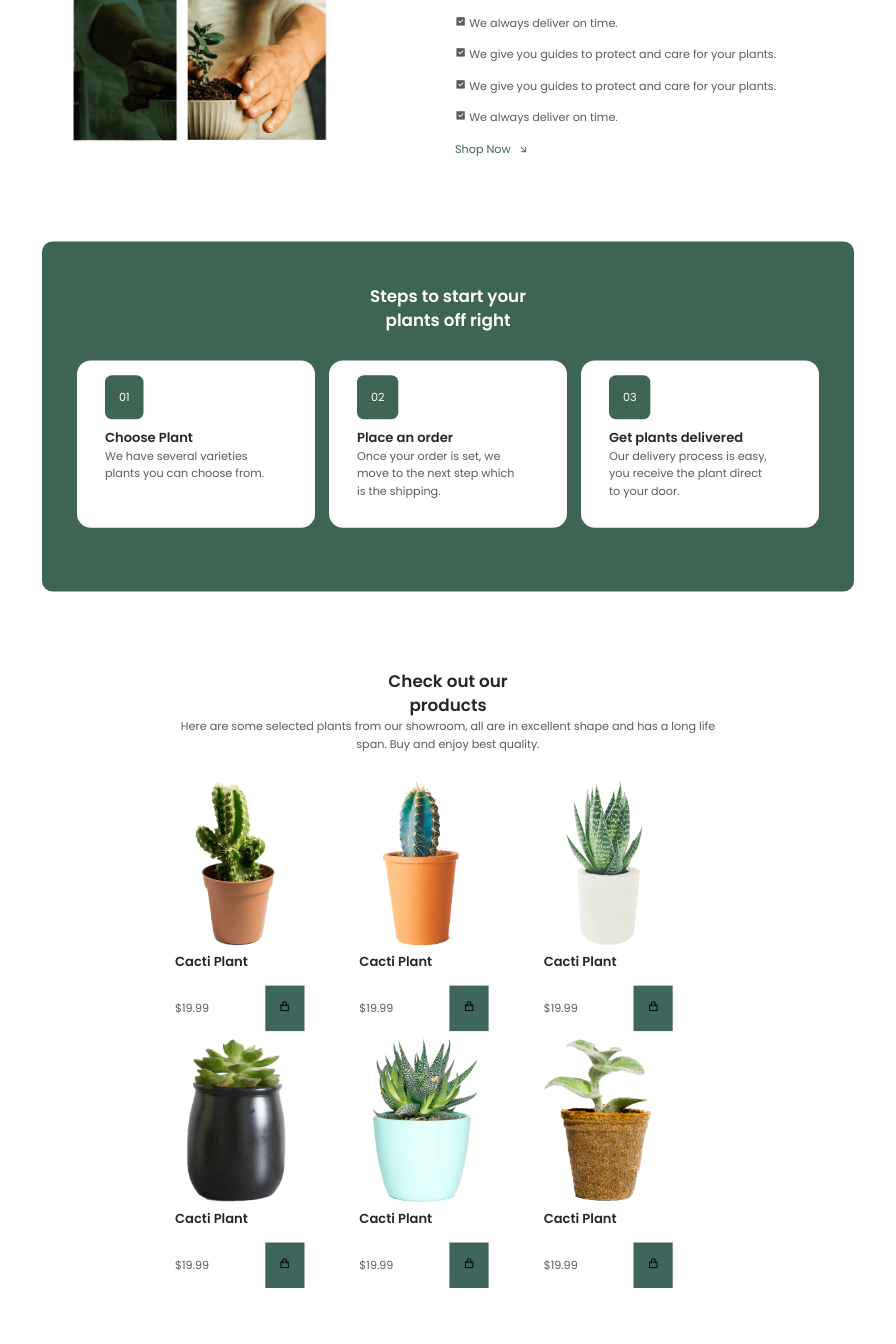
Repository: OmniaRafat232111121/plantwebsite
Page: index.html
An editor plug-in stored every save of this project. The page is shown before and after a run of saves, followed by the edit.
The browser window is 1280 px wide. The pictures show the part of the page from y = 770 to 2690 px (the page is 2690 px tall before and 2610 px after), at 70% of full size.

Above is the page before, as saved 2023-01-05 06:15:43.

### index.html
<!DOCTYPE html>
<html lang="en">
<head>
    <meta charset="UTF-8">
    <meta http-equiv="X-UA-Compatible" content="IE=edge">
    <meta name="viewport" content="width=device-width, initial-scale=1.0">
    <title>plant-website</title>
      <!--icon web-->
    <link rel="shortcut icon" href="assets/img/favicon.png" type="image/x-icon">
    <!--css style-->
    <link rel="stylesheet" href="./assets/css/styles.css">
    <!--remix icon-->
    <link href="https://cdn.jsdelivr.net/npm/remixicon@2.5.0/fonts/remixicon.css" rel="stylesheet">
</head>
<body>
<!--header-->
<header class="header" id="header">
<div class="container-header">
    <a class="nav_logo">
   <i class="ri-leaf-line nav_logo-icon "></i>Plantex
</a>

<nav class="nav_menu" id="nav_menu">
    <ul class="nav_list" id="nav_list">
        <li class="nav_item" id="nav_item">
                            <a href="#home" class="nav_link active-link">Home</a>
                        </li>
                        <li class="nav__item">
                            <a href="#about" class="nav_link">About</a>
                        </li>
                        <li class="nav__item">
                            <a href="#products" class="nav_link">Products</a>
                        </li>
                        <li class="nav__item">
                            <a href="#faqs" class="nav_link">FAQs</a>
                        </li>
                        <li class="nav__item">
                            <a href="#contact" class="nav_link">Contact Us</a>
                        </li>
                        <li class="mood">
       <i class= "ri-moon-line change-theme" id="theme-button"></i>

    </li>



    </ul>

    <div class="nav-close" id="nav_close">
        <i class="ri-close-line"></i>

    </div>
    <div  class="nav-btns">
   <i class= "ri-moon-line change-theme" id="theme-button"></i>
    <div class="nav-toggle" id="navToggle">
      <i class="ri-menu-line"></i>
    </div>
   </div>
    </div>
</nav>
</div>

</header>


    <!--home start-->
    <section class="home" id="home">
        <div class="home-container">
            <div class="left-content">
                <h1 class="home-title">plants will make <br>
                    your life better</h1>
                <p class="home-des">Create incredible plant design for your offices or apastaments. Add fresness to your new ideas.</p>
              <a>Explore<i class="ri-arrow-right-down-line button__icon"></i></a>
            </div>
            <div class="right-content">
            <img src="./assets/img/home.png" alt=""/>
            <div class=social_icons>
                 <span class="home__social-follow">Follow Us</span>

                        <div class="home__social-links">
                            <a href="https://www.facebook.com/" target="_blank" class="home__social-link">
                                <i class="ri-facebook-fill"></i>
                            </a>
                            <a href="https://www.instagram.com/" target="_blank" class="home__social-link">
                                <i class="ri-instagram-line"></i>
                            </a>
                            <a href="https://twitter.com/" target="_blank" class="home__social-link">
                                <i class="ri-twitter-fill"></i>
                            </a>
                        </div>

            </div>

        </div>

    </section>
 <!--home end-->
 <!--about start-->
 <section class="about" id="about">
    <div class="about-container">
        <div class="left-about">
          <img src="./assets/img/about.png" alt="image-about"/>
        </div>
        <div class="right-about">
            <h2 class="about-title">Who we really are &<br>why choose us</h2>
            <p class="about-desc">We have over 4000+ unbiased reviews and our customers trust our plant process and delivery service every time</p>
             <div class="about-deatails">
                <p class="about-description">
                      <i class="ri-checkbox-fill about__details-icon"></i>
                       We always deliver on time.
                </p>
                 <p class="about-description">
                      <i class="ri-checkbox-fill about__details-icon"></i>
                      We give you guides to protect and care for your plants.
                </p>

                 <p class="about-description">
                      <i class="ri-checkbox-fill about__details-icon"></i>
                      We give you guides to protect and care for your plants.
                </p>

                 <p class="about-description">
                      <i class="ri-checkbox-fill about__details-icon"></i>
                       We always deliver on time.
                </p>


             </div>
              <a href="#" class="button-link">
                            Shop Now <i class="ri-arrow-right-down-line button__icon"></i>
                        </a>
        </div>

    </div>

 </section>

 <!--about end-->
 <!--steps start-->
 <section class="steps">
    <div class="steps-container">
        <h2>Steps to start your<br>
            plants off right</h2>
            <div class="about-boxes">
                <div class="box">
                <span>01</span>
                <h3>Choose Plant</h3>
                <p>
                    We have several varieties
                    <br>plants you can choose from.
                </p>
                </div>
                  <div class="box">
                <span>02</span>
                <h3>Place an order</h3>
                <p>
                   Once your order is set, we<br>
                    move to the next step which<br>
                     is the shipping.
                </p>
                </div>

                 <div class="box">
                <span>03</span>
                <h3>Get plants delivered</h3>
                <p>
                   Our delivery process is easy,
                   <br> you receive the plant direct
                   <br>to your door.


                </p>
                </div>
            </div>

    </div>

 </section>
  <!--steps start-->
  <section class="products" id="products">
    <div class="product-container">
        <div class="products-content">
        <h2>Check out our
            <br>products</h2>
            <p>Here are some selected plants from our showroom, all are in excellent shape and has a long life span. Buy and enjoy best quality.</p>
        </div>
        <div class="products-boxes">
            <div class="box">
                <img src="./assets/img/product1.png" alt=""/>
                <h3>Cacti Plant</h3>
                <div>
                    <span>$19.99</span>
                     <button class="product_Button">
                            <i class="ri-shopping-bag-line"></i>
                        </button>
                </div>

            </div>
             <div class="box">
                <img src="./assets/img/product2.png" alt=""/>
                <h3>Cacti Plant</h3>
                <div>
                    <span>$19.99</span>
                     <button class="product_Button">
                            <i class="ri-shopping-bag-line"></i>
                        </button>
                </div>

            </div>
             <div class="box">
                <img src="./assets/img/product3.png" alt=""/>
                <h3>Cacti Plant</h3>
                <div>
                    <span>$19.99</span>
                     <button class="product_Button">
                            <i class="ri-shopping-bag-line"></i>
                        </button>
                </div>

            </div>
             <div class="box">
                <img src="./assets/img/product4.png" alt=""/>
                <h3>Cacti Plant</h3>
                <div>
                    <span>$19.99</span>
                     <button class="product_Button">
                            <i class="ri-shopping-bag-line"></i>
                        </button>
                </div>

            </div>
             <div class="box">
                <img src="./assets/img/product5.png" alt=""/>
                <h3>Cacti Plant</h3>
                <div>
                    <span>$19.99</span>
                     <button class="product_Button">
                            <i class="ri-shopping-bag-line"></i>
                        </button>
                </div>

            </div>
             <div class="box">
                <img src="./assets/img/product6.png" alt=""/>
                <h3>Cacti Plant</h3>
                <div>
                    <span>$19.99</span>
                     <button class="product_Button">
                            <i class="ri-shopping-bag-line"></i>
                        </button>
                </div>

            </div>

        </div>

    </div>

  </section>
   <script src="./assets/js/main.js"></script>
</body>
</html>

### assets/css/styles.css
/*=============== GOOGLE FONTS ===============*/
@import url('https://fonts.googleapis.com/css2?family=Poppins:wght@400;500;600;700&display=swap');

/*=============== VARIABLES CSS ===============*/
:root {
  --header-height: 3.5rem; /*56px*/

  /*========== Colors ==========*/
  /*Color mode HSL(hue, saturation, lightness)*/
  --black:#000;
  --green:#3e655e;
  --bold-green:#032922;
  --hue: 152;
  --first-color: hsl(var(--hue), 24%, 32%);
  --first-color-alt: hsl(var(--hue), 24%, 28%);
  --first-color-light: hsl(var(--hue), 24%, 66%);
  --first-color-lighten: hsl(var(--hue), 24%, 92%);
  --title-color: hsl(var(--hue), 4%, 15%);
  --text-color: hsl(var(--hue), 4%, 35%);
  --text-color-light: hsl(var(--hue), 4%, 55%);
  --body-color: hsl(var(--hue), 0%, 100%);
  --container-color: #FFF;

  /*========== Font and typography ==========*/
  /*.5rem = 8px | 1rem = 16px ...*/
  --body-font: 'Poppins', sans-serif;
  --big-font-size: 2rem;
  --h1-font-size: 1.5rem;
  --h2-font-size: 1.25rem;
  --h3-font-size: 1rem;
  --normal-font-size: .938rem;
  --small-font-size: .813rem;
  --smaller-font-size: .75rem;

  /*========== Font weight ==========*/
  --font-medium: 500;
  --font-semi-bold: 600;

  /*========== Margenes Bottom ==========*/
  /*.5rem = 8px | 1rem = 16px ...*/
  --mb-0-5: .5rem;
  --mb-0-75: .75rem;
  --mb-1: 1rem;
  --mb-1-5: 1.5rem;
  --mb-2: 2rem;
  --mb-2-5: 2.5rem;

  /*========== z index ==========*/
  --z-tooltip: 10;
  --z-fixed: 100;
}

/* Responsive typography */
@media screen and (min-width: 968px) {
  :root {
    --big-font-size: 3.5rem;
    --h1-font-size: 2.25rem;
    --h2-font-size: 1.5rem;
    --h3-font-size: 1.25rem;
    --normal-font-size: 1rem;
    --small-font-size: .875rem;
    --smaller-font-size: .813rem;
  }
}

/*=============== BASE ===============*/
*{
  box-sizing: border-box;
  padding: 0;
  margin: 0;
}

html{
  scroll-behavior: smooth;
}

body,
button,
input,
textarea{
  font-family: var(--body-font);
  font-size: var(--normal-font-size);
}

body{
  margin: var(--header-height) 0 0 0;
  background-color: var(--body-color);
  color: var(--text-color);
  transition: .4s; /*For animation dark mode*/
}

button{
  cursor: pointer;
  border: none;
  outline: none;
}

h1,h2,h3{
  color: var(--title-color);
  font-weight: var(--font-semi-bold);
}

ul{
  list-style: none;
}

a{
  text-decoration: none;
}

img{
  max-width: 100%;
  height: auto;
}
/*========== resuable component ==========*/



/*========Header========*/
 header{
  background-color: #fff;
  position: fixed;
  top:0;
  left:0;
  width:100%;
  z-index:1000;
  transition: 0.3s;
}
.container-header{
  display:flex;
  align-items: center;
  justify-content: space-between;
  height:var(--header-height);
  padding:40px;
}
.nav_menu{

}
.nav_logo{
  text-transform: uppercase;
  display:inline-flex;
  align-items: center;
  column-gap: 10px;
  font-weight: bold;
  margin-left: 50px;
  cursor: pointer;
}
.nav_logo:hover{
  color:var(--green);
}
.nav_logo-icon{
   color:var(--green);
}
.nav_logo i:hover{
  color:var(--black);
}
nav ul li {
  display: inline-block;
  cursor: pointer;
  margin-left: 40px;
}
nav ul li a{
  color:var(--black);


}
.nav-btns{
  display: none;
}
.mood{
  margin-left: 40px;
  font-size: 20px;

}

.nav-close
{

  font-size: 1.5rem;
  position: relative;
  top: 70px;
  right: 1.25rem;
  cursor: pointer;
  display: none;


}

.nav-btns{
  font-size: 20px;
  cursor: pointer;
}
.active-link{
  position: relative;
  color: var(--black);
}
.active-link::after{
  content: '';
  position: absolute;
  bottom: -8px;
  left: 0;
  width: 50%;
  height: 2px;
  background-color: var(--green);
}
.nav_link:hover{
 color: var(--green);
 transition: 0.3s;
}
@media screen and (max-width: 767px){
.nav_list{
display: none;
}
.nav_logo{
  margin-left: -10px;
}

.nav-btns{
  display:inline-flex;
  align-items: center;
  column-gap: 20px;
  font-weight: bold;
  margin-right: -10px;
  cursor: pointer;
}

  .show-menu{

     position: fixed;
    background-color:#fff;
    width: 100%;
    height: 50%;
    top: 80px;
    right: 0px;
    transition: .3s;
    z-index: 1000;
    display:grid;
    justify-content: center;
    text-align: center;

 padding: 10px;




  }
  .show-menu {

  }
  .show-menu .mood .ri-moon-line{
    display: none;
  }




}

/*=====home======*/
.home{
  padding: 0 80px;
  position:relative;

}
.home-container{
display:grid;
grid-template-columns: repeat(auto-fit, minmax(250px, 1fr));
grid-gap:30px;
margin-top: 70px;

}
.home-container .left-content{
  margin-top: 70px;
}
.home-container .left-content .home-title{
  font-size: 30px;
}
.home-container .left-content .home-des{
  color:rgb(145, 145, 145);
  margin-top: 20px;
  margin-bottom: 30px;
}
.home-container .left-content a{
  background-color: var(--bold-green);
  color:#fff;
  padding:20px 30px;
  border-radius: 15px;

}
.home-container .left-content  i{
  margin-left: 10px;
}
.right-content img{
  max-width: 100%;
  width:85%;
  justify-self: center;
}

.social_icons{
  position: absolute;
  top: 220px;
  right: 50px;
  display: grid;
  justify-items: center;
  row-gap: 3.5rem;

}
.home__social-links {
  margin-top: 30px;

}
.home__social-links a{
 color:var(--green);
}
.home__social-links a:hover{
color:var(--black);
}
.home__social-follow{
  position:relative;
  transform: rotate(90deg);
}
.home__social-follow::before{
content: '';
  position: absolute;
  width: 30px;
  height: 2px;
  background-color: var(--green);
  right: -45%;
  top: 50%;
}
.home__social-follow::after{
content: '';
  position: absolute;
  width: 30px;
  height: 2px;
  background-color: var(--green);
  left: -45%;
  bottom: 50%;
}
.home__social-links{
    transform: rotate(90deg);
}
.left-content a:hover{
  background-color:#032922;
  color: #fff;
  cursor: pointer;

}
/*======about=======*/
.about{
  position: relative;
  padding:60px 100px;
}
.about-container{
  display:grid;
grid-template-columns: repeat(auto-fit, minmax(300px, 1fr));
grid-gap:20px;

}
.about-container .left-about img{
  max-width: 100%;
  width:70%;
}
.about-container .right-about .about-title{
  font-size: 30px;
  margin-bottom: 30px;

}
.about-container .right-about .about-desc{
  margin-bottom:20px;

}
.about-container .right-about .about-deatails .about-description{
  padding-bottom: 20px;
}
.about-container .button-link{
  color:var(--green);

}
.about-container .button-link{
  display:inline-flex;
  align-items: center;
  column-gap: 10px;

 color:var(--green);
  cursor: pointer;
}
.about-container .button-link:hover i{

color: var(--bold-green);

}
@media(max-width:767px){
  .right-about.about-title h2{
    font-size: 10px;

  }
  .right-about{
    font-size: 16px;

  }
  .about-container{
    margin-top: 30px;
  }
}
/*=======change-header========*/
.change-header{
  background-color: #3e655e;
  color:#fff;
}
.change-header .nav_logo i{
  color:#fff;
}
.change-header .nav_logo:hover{
  color:var(--bold-green);
}
.change-header .nav_link:hover{
  color:#fff;
}
/*======steps=======*/

.steps{
  position:relative;
  padding:60px;

}
.steps-container{
  width:100%;
 padding:20px 50px;
  background-color: #3e6553;
  border-radius: 15px;
  height:500px;
}
.steps-container h2{
  text-align: center;
  padding-top: 40px;
  color:#fff;
}
.about-boxes{
  display:grid;
grid-template-columns: repeat(auto-fit, minmax(300px, 1fr));
grid-gap:20px;
margin-top: 40px;

}
.about-boxes .box{
background-color: #fff;
   padding: 40px 40px;
   border-radius: 20px;

}
.about-boxes .box span{
  background-color: #3e6553 ;
  padding:20px;
  color:#fff;
  margin-bottom: 40px;
  border-radius: 10px;
  cursor: pointer;
  transition: 0.3s;


}

.box span:hover{

  color:#fff;
  background-color: #032922;


}
.about-boxes .box h3{
  margin-top: 30px;
}
/* .about-boxes .box:last-child{
  margin-right: 10px;
} */
@media(max-width:767px){

.steps-container{
  width:100%;
 padding:20px 50px;
  background-color: #3e6553;
  border-radius: 15px;
  height:1100px;
}
.about-boxes{
  display:grid;
grid-template-columns: repeat(auto-fit, minmax(200px, 1fr));
grid-gap:20px;
margin-top: 40px;

}
.about-boxes .box{

   padding: 30px;


}
}
/*======products======*/
.products{
  padding:50px 250px;
  position:relative;
  display: grid;
  justify-content: center;
}
.products .products-content h2{
  text-align: center;
}
.products .products-content p{
  text-align: center;
  width:100%;

}
.products-boxes{
   display:grid;
grid-template-columns: repeat(auto-fit, minmax(200px, 1fr));
grid-gap:10px;
margin-top: 40px;
margin-bottom: 30px;

}
 .products-boxes .box img{
  max-width: 100%;
   position: relative;
  width: 70%;
  justify-self: center;
  transition: .3s;
}
.box div{
  display:inline-flex;
  align-items: center;
  column-gap: 80px;
  margin-top: 20px;
}
.box .product_Button{
  background-color:var(--green);
  padding:20px;
}

### assets/js/main.js
let navMenu = document.getElementById('nav_menu');
let navList = document.getElementById('nav_list');
let navItem = document.getElementById('nav ul li');
let closeButton = document.getElementById('nav_close');
let navToggle = document.getElementById('navToggle');
const header = document.getElementById('header');
navToggle.addEventListener('click', function () {
    navList.classList.toggle('show-menu');


})
/*change background header*/
window.addEventListener('scroll', function () {
   header.classList.toggle("change-header",window.scrollY > 40)
})

After the next 2 saves:
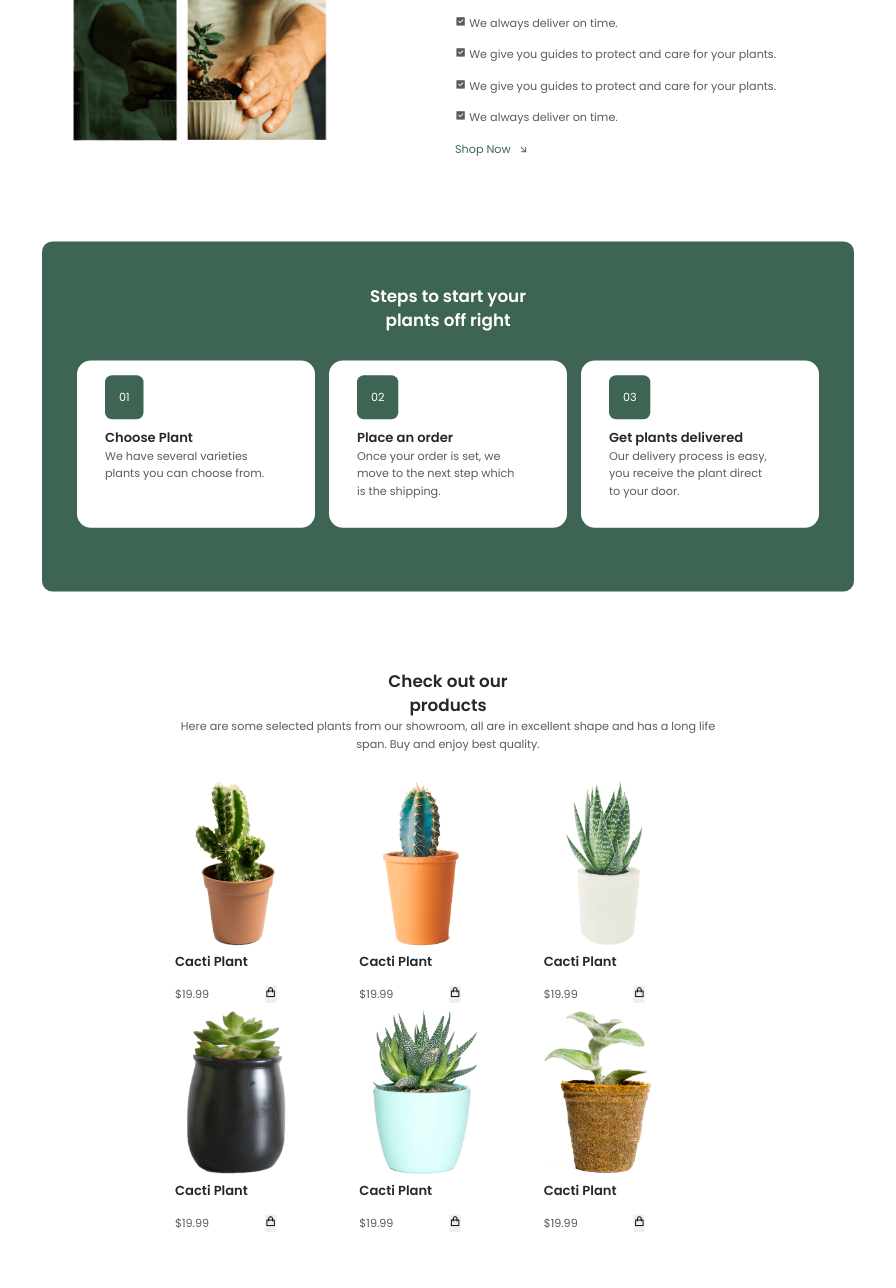
The 2 saves are shown as one change because they came seconds apart.
The last was saved 9 s later.
--- a/assets/css/styles.css
+++ b/assets/css/styles.css
@@ -534,6 +534,6 @@ margin-bottom: 30px;
   margin-top: 20px;
 }
 .box .product_Button{
-  background-color:var(--green);
-  padding:20px;
-}
+  background-color:
+  padding:10px;
+}
